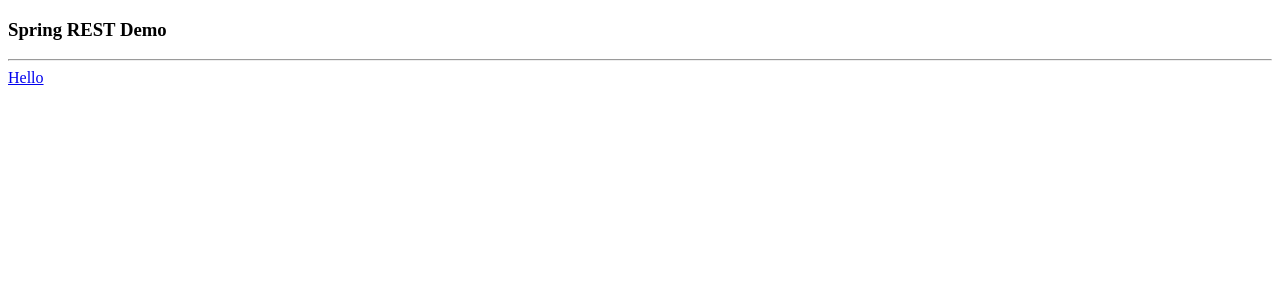
Repository: RKSAHOO4414/spring_basic
Page: http://localhost/spring-rest-demo/
These files come from the project's save history. The page is drawn as it stood at one moment and after the next save; the edit follows.
The browser window is 1280 px wide. The pictures show the whole page.
The page is served by Tomcat 9. Other server files are loaded and not shown.

Above is the page before, as saved 2022-07-26 07:12:33.

### spring-rest-demo/src/main/webapp/index.jsp
<%@ page language="java" contentType="text/html; charset=ISO-8859-1"
    pageEncoding="ISO-8859-1"%>
<!DOCTYPE html>
<html>
<head>
<meta charset="ISO-8859-1">
<title>Insert title here</title>
</head>
<body>

	<h3>Spring REST Demo</h3>
	<hr>

	<a href="${pageContext.request.contextPath}/test/hello">Hello</a>

</body>
</html>

After the next save:
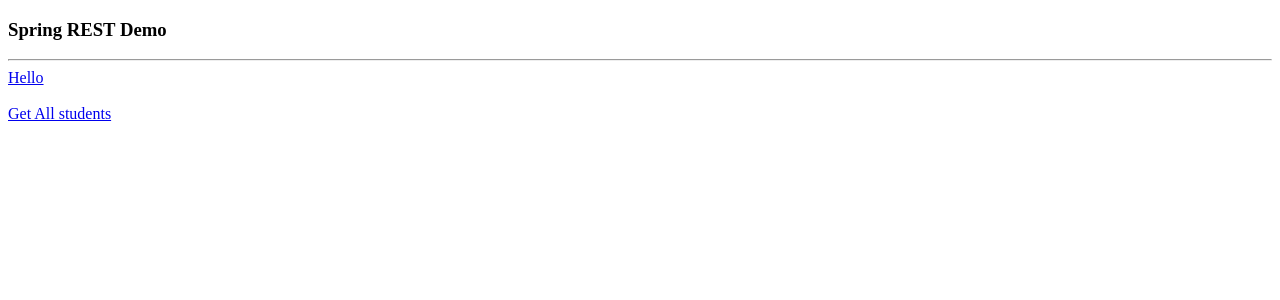
Saved 6 min 7 s later.
--- a/spring-rest-demo/src/main/webapp/index.jsp
+++ b/spring-rest-demo/src/main/webapp/index.jsp
@@ -10,8 +10,9 @@
 
 	<h3>Spring REST Demo</h3>
 	<hr>
-
 	<a href="${pageContext.request.contextPath}/test/hello">Hello</a>
+	<br><br>
+	<a href="${pageContext.request.contextPath}">Get All students</a>
 
 </body>
 </html>
